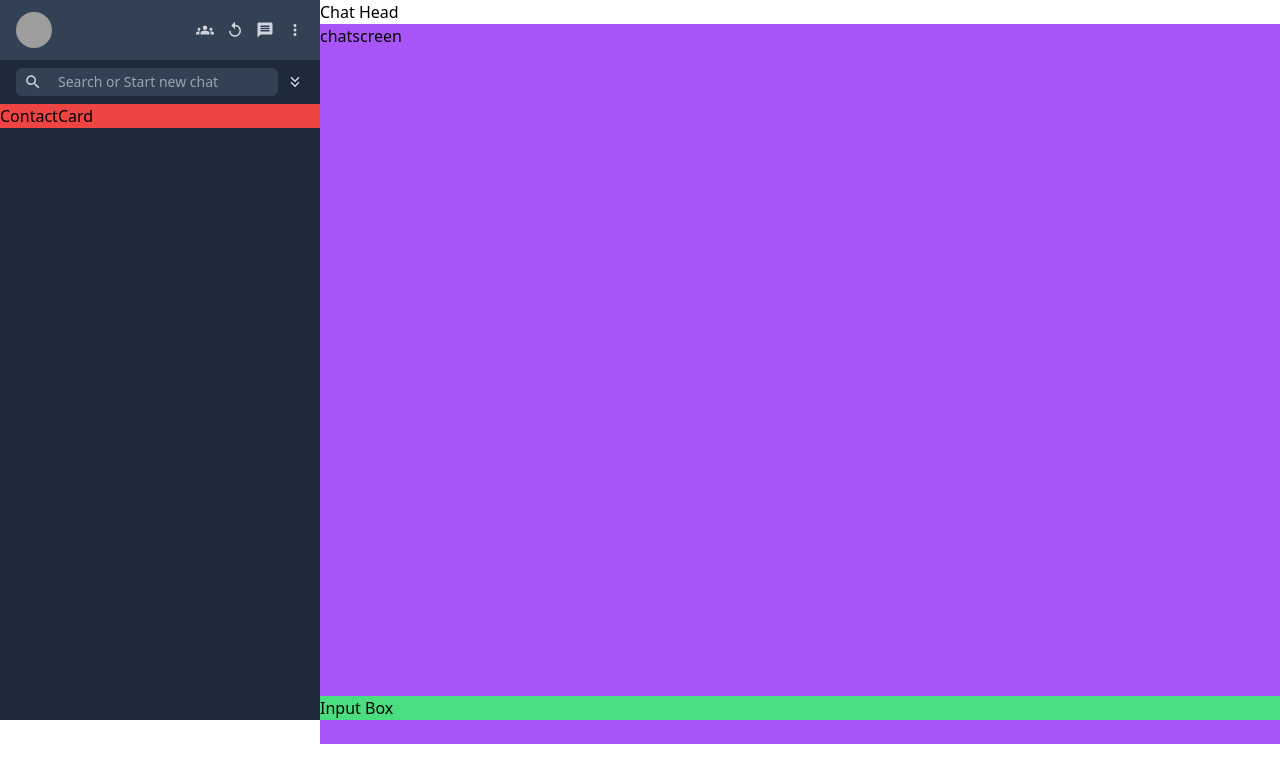
Repository: theanmol-raj/whatsapp
Page: /
The author's editor kept a copy of each file at every save. The page is drawn from the files as they stood at one save, then again after the next save.
The browser window is 1280 px wide. The pictures show the whole page.
Pictures or frames that could not be fetched are drawn as grey boxes. The project was rebuilt for these pictures with package versions that can differ from the ones it lists, and the page was loaded fresh each time.

Above is the page before, as saved 2022-12-03 22:00:11.

### src/index.js
import React from 'react';
import ReactDOM from 'react-dom/client';
import './index.css';
import App from './App';






const root = ReactDOM.createRoot(document.getElementById('root'));

root.render(
  <App />
);

### src/App.js
import Homescreen from "./Screens/Homescreen";

function App() {

  return (
    <div className="h-screen w-screen bg-slate-900">
      <Homescreen />
      {/* LoginScreen */}
    </div>
  );
}

export default App;

### src/Screens/Homescreen.jsx
import React from 'react'
import ChatScreen from '../Components/ChatScreen'
import ContactList from '../Components/ContactList'

function Homescreen() {
  return (
    <div className=' w-full max-w-[95rem] grid grid-cols-4 h-screen bg-red-500 mx-auto'>
        {/* Contact List */}
            <ContactList />
        {/* Message Box */}
            <ChatScreen />

    </div>
  )
}

export default Homescreen

### src/Components/ChatScreen.jsx
import React from 'react'

function ChatScreen() {
  return (
    <div className=' bg-yellow-400 col-span-3 relative'>
        <div className=' w-full bg-white sticky top-0'>
                Chat Head
        </div>
        <div className=' h-full bg-purple-500'>
                chatscreen
        </div>
        <div className=' w-full sticky bottom-0 bg-green-400'>
                Input Box
        </div>
    </div>
  )
}

export default ChatScreen

### src/Components/ContactList.jsx
import React from 'react'
import GroupsIcon from '@mui/icons-material/Groups';
import ReplayIcon from '@mui/icons-material/Replay';
import MessageIcon from '@mui/icons-material/Message';
import MoreVertIcon from '@mui/icons-material/MoreVert';
import KeyboardDoubleArrowDownIcon from '@mui/icons-material/KeyboardDoubleArrowDown';
import SearchIcon from '@mui/icons-material/Search';
import ContactCard from './ContactCard';


function ContactList() {
  return (
    <div className=' bg-slate-800'>
      <div className=' flex justify-between items-center p-3 px-4 bg-slate-700'>
        <img className=' rounded-full h-9 w-9' alt='' src="https://pps.whatsapp.net/v/t61.24694-24/158723607_419193396439292_5955373819812020282_n.jpg?stp=dst-jpg_s96x96&ccb=11-4&oh=01_AdRKjHR9ktMhs2HrAksQulr5trvWOTtpB53hlyDh0ZECbw&oe=63986EC2" />
        <div className=' flex text-gray-300 text-lg space-x-3'>
          <GroupsIcon fontSize='inherit' />
          <ReplayIcon fontSize='inherit' />
          <MessageIcon fontSize='inherit' />
          <MoreVertIcon fontSize='inherit' />
        </div>

      </div>
      <div className=' flex items-center text-gray-300 px-4 py-2 text-lg space-x-2'>
        <div className='flex items-center w-full bg-slate-700 space-x-4 px-2 py-1 rounded-md'>
          <SearchIcon fontSize='inherit' />
          <input placeholder='Search or Start new chat' className=' bg-transparent text-sm w-full' />
        </div>
        <KeyboardDoubleArrowDownIcon fontSize='inherit' />
      </div>

      <div>
        <ContactCard />
      </div>

    </div>
  )
}

export default ContactList

### src/Components/ContactCard.jsx
import React from 'react'

function ContactCard() {
  return (
    <div className=' bg-red-500'>ContactCard</div>
  )
}

export default ContactCard

Loaded but not shown: public/index.html (common file); src/index.css (common file); tailwind.config.js (common file)

After the next save:
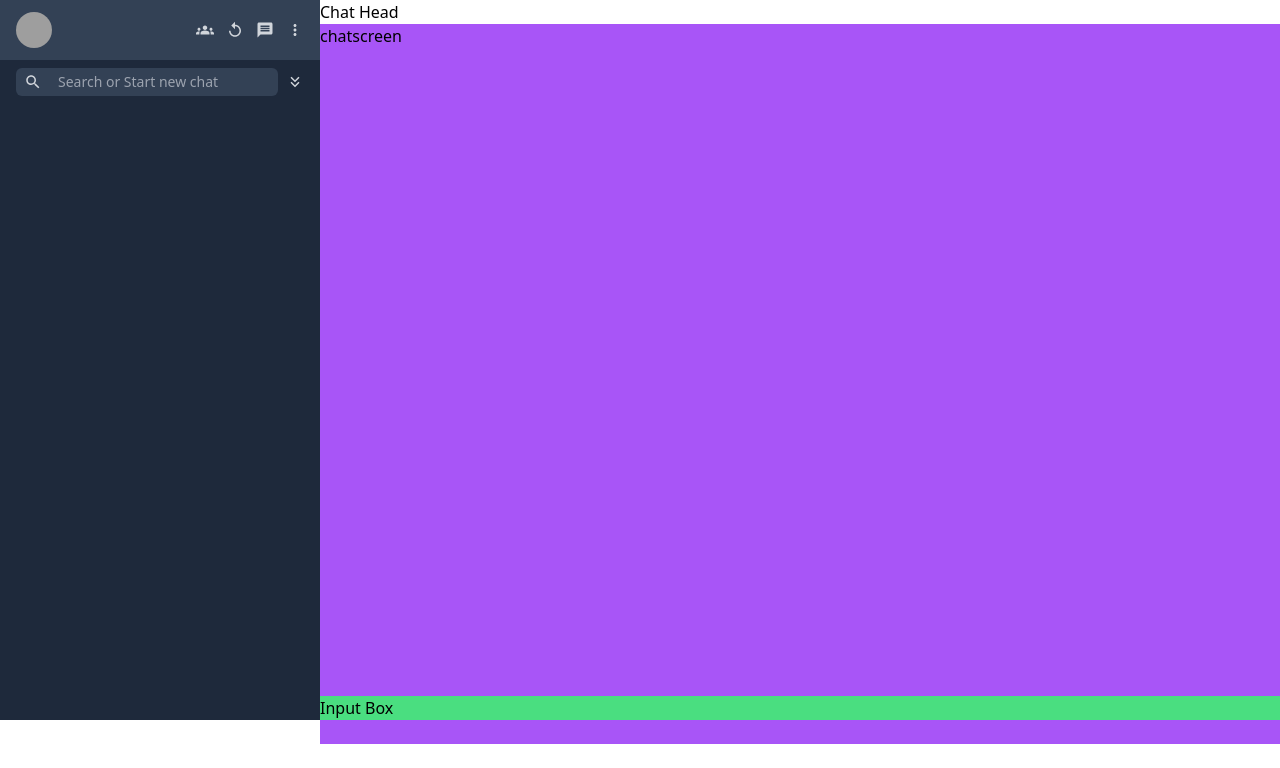
Saved 17 s later.
--- a/src/Components/ContactCard.jsx
+++ b/src/Components/ContactCard.jsx
@@ -2,7 +2,11 @@ import React from 'react'
 
 function ContactCard() {
   return (
-    <div className=' bg-red-500'>ContactCard</div>
+    <div className=' bg-red-500'>
+        <div className=' bg-yellow-400 px-4'>
+
+        </div>
+    </div>
   )
 }
 
